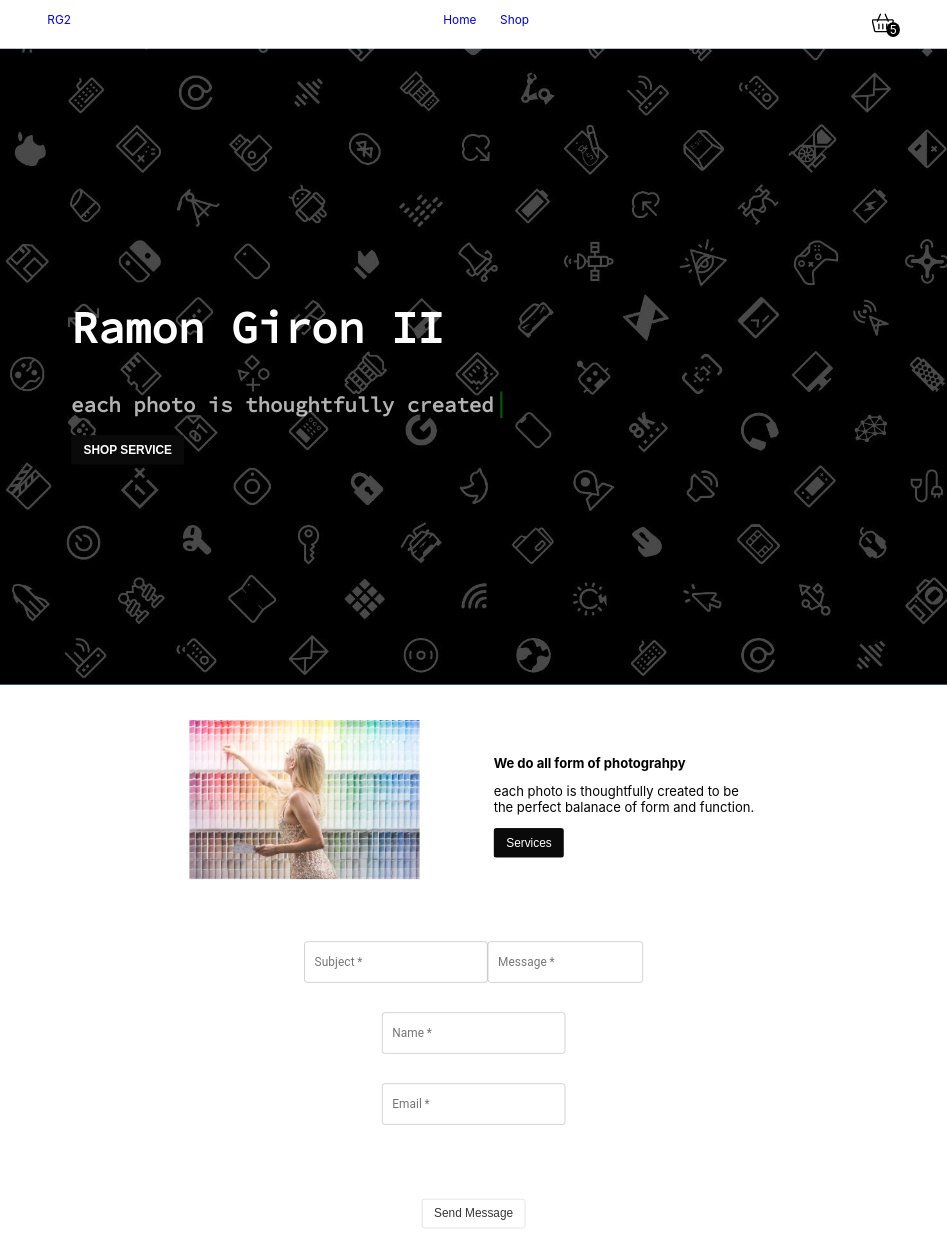
Repository: realistmccoy/coolify
Page: / (app in personalecom/)
An editor plug-in stored every save of this project. The page is shown before and after the next save, followed by the edit.
The browser window is 1280 px wide. The pictures show the whole page, at 74% of full size.
The project was rebuilt for these pictures with package versions that can differ from the ones it lists, and the page was loaded fresh each time.

Above is the page before, as saved 2021-02-21 23:39:46.

After the next save:
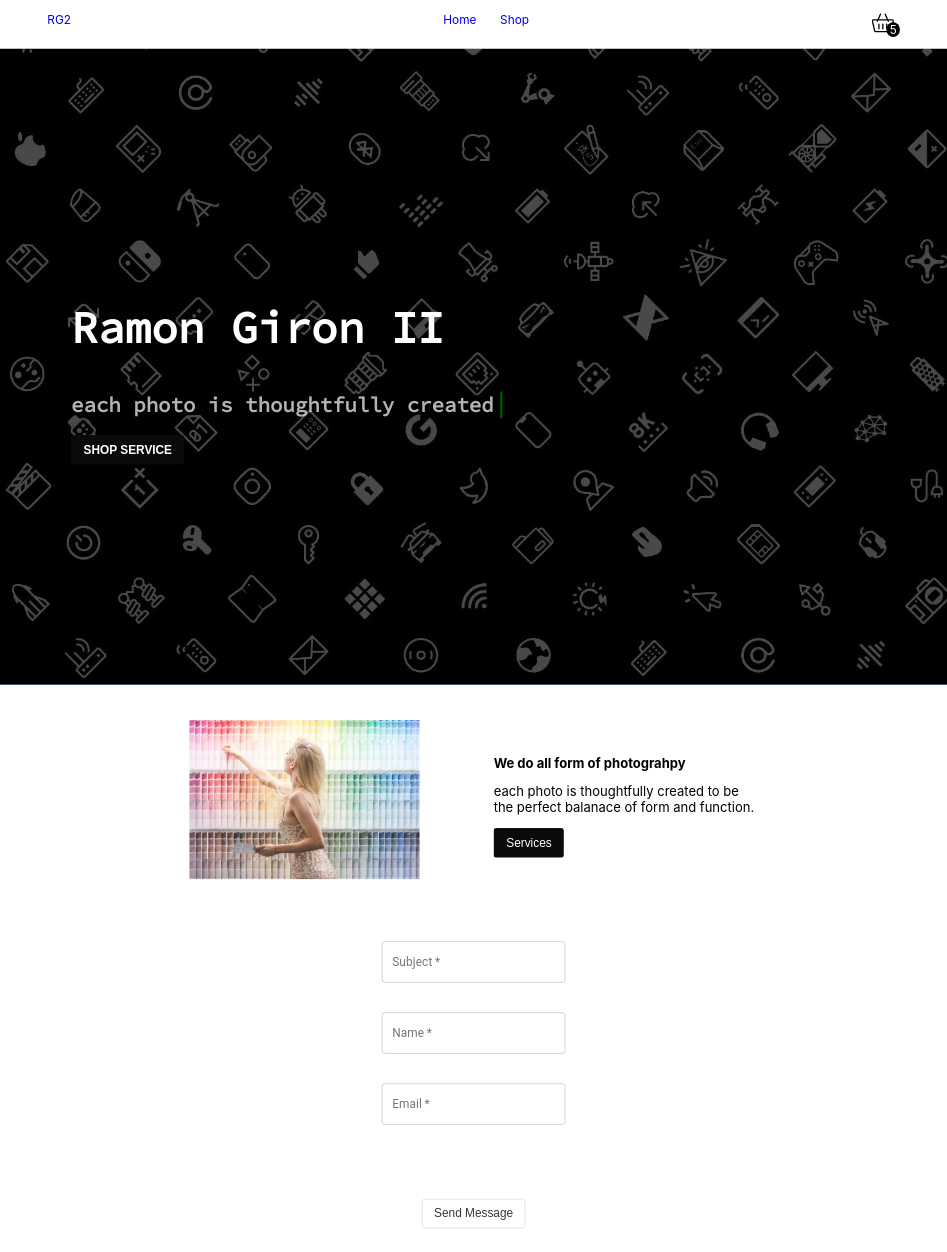
Saved 6 s later.
--- a/personalecom/src/components/contactform/contactForm.jsx
+++ b/personalecom/src/components/contactform/contactForm.jsx
@@ -76,18 +76,7 @@ state = {name:"",message:"",email:"",subject:"",sent:false,buttonText:"Send Mess
           onChange={(e) => this.setState({ subject: e.target.value })}
           required
         />
-        <TextField
-          id="standard-multiline-flexible"
-          label="Message"
-          placeholder="Enter Message"
-          variant="outlined"
-          multiline
-          rowsMax={4}
-          value={this.state.message}
-          onChange={(e) => this.setState({ message: e.target.value })}
-          required
-          type="text"
-        />
+
         <br />
         <br />
         <br />
